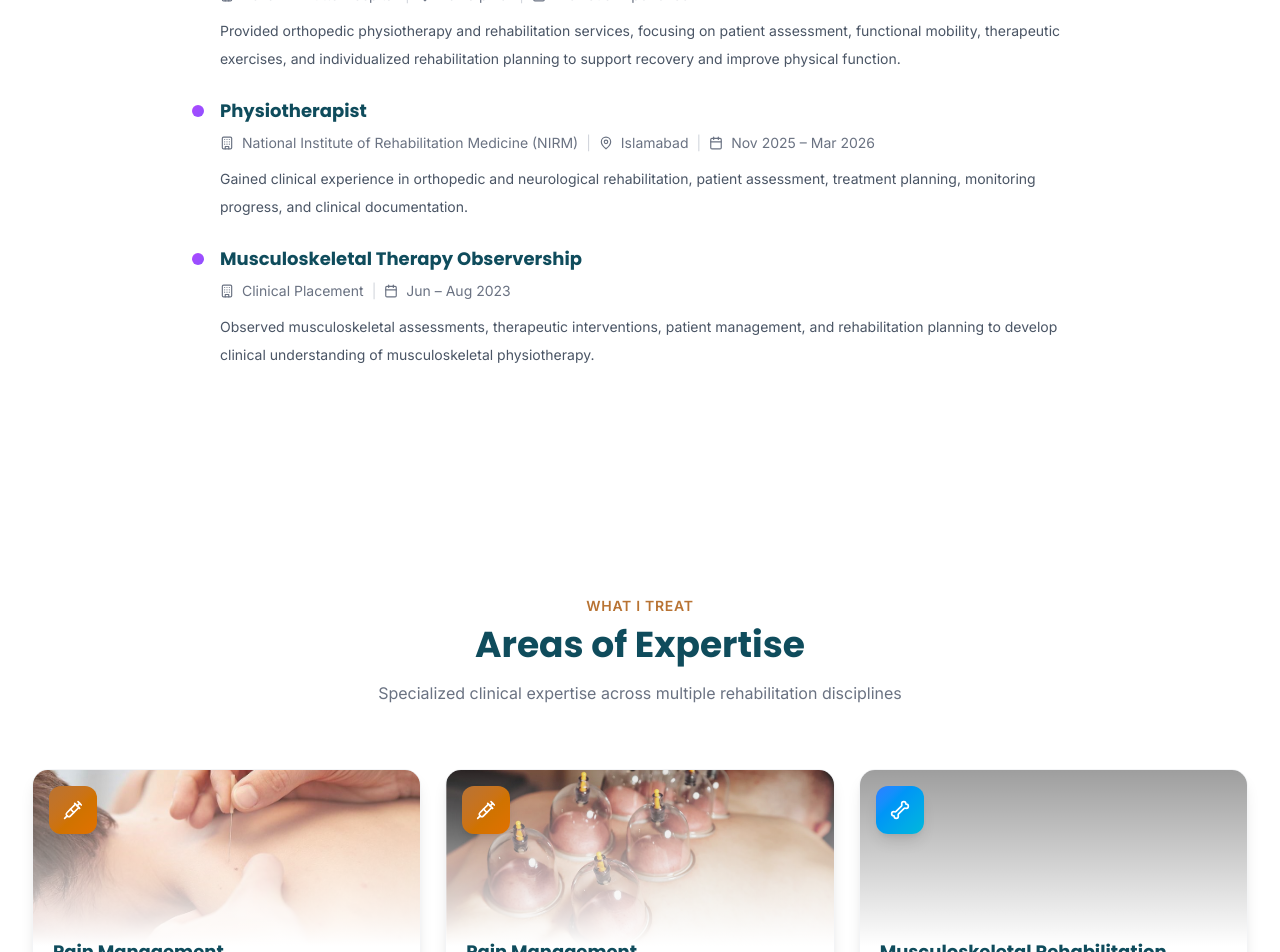
Repository: DaniGull01/dr_ghazala_mushtaq
Page: /
The author's editor kept a copy of each file at every save. The page is drawn from the files as they stood at one save, then again after the next save.
The browser window is 1280 px wide. The pictures show the part of the page from y = 2281 to 3233 px (the page is 12455 px tall before and 12307 px after).
Pictures or frames that could not be fetched are drawn as grey boxes. The project was rebuilt for these pictures with package versions that can differ from the ones it lists, and the page was loaded fresh each time. Also part of the build but not shown: vite.config.js.

Above is the page before, as saved 2026-10-21 19:46:20.

After the next save:
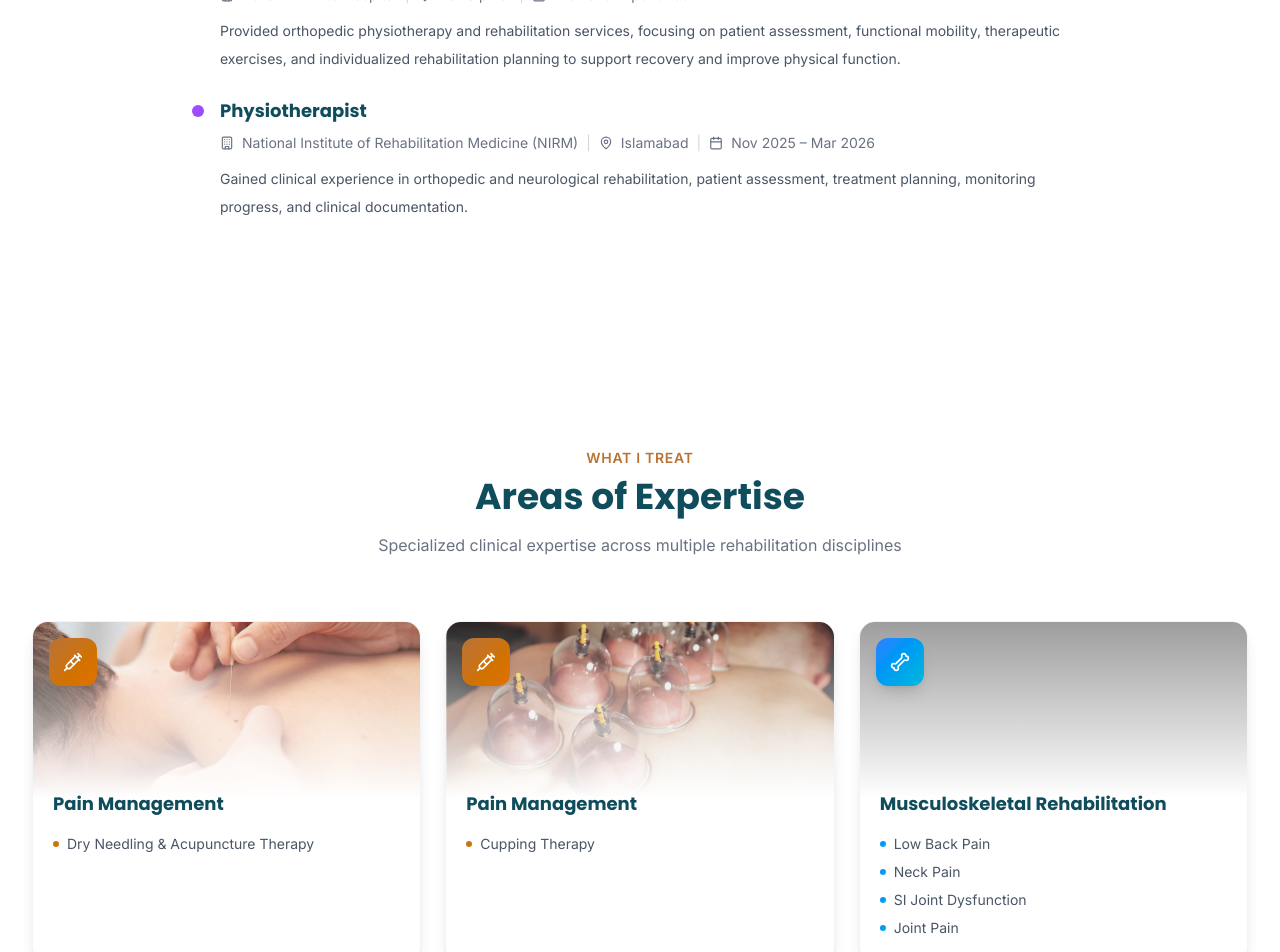
Saved 26 s later.
--- a/src/components/Experience.jsx
+++ b/src/components/Experience.jsx
@@ -37,16 +37,7 @@ const experiences = [
     description:
       'Gained clinical experience in orthopedic and neurological rehabilitation, patient assessment, treatment planning, monitoring progress, and clinical documentation.',
     color: 'from-purple-500 to-violet-500',
-  },
-  {
-    period: 'Jun – Aug 2023',
-    title: 'Musculoskeletal Therapy Observership',
-    org: 'Clinical Placement',
-    location: '',
-    description:
-      'Observed musculoskeletal assessments, therapeutic interventions, patient management, and rehabilitation planning to develop clinical understanding of musculoskeletal physiotherapy.',
-    color: 'from-purple-500 to-violet-500',
-  },
+  }
 ]
 export default function Experience() {
   return (
